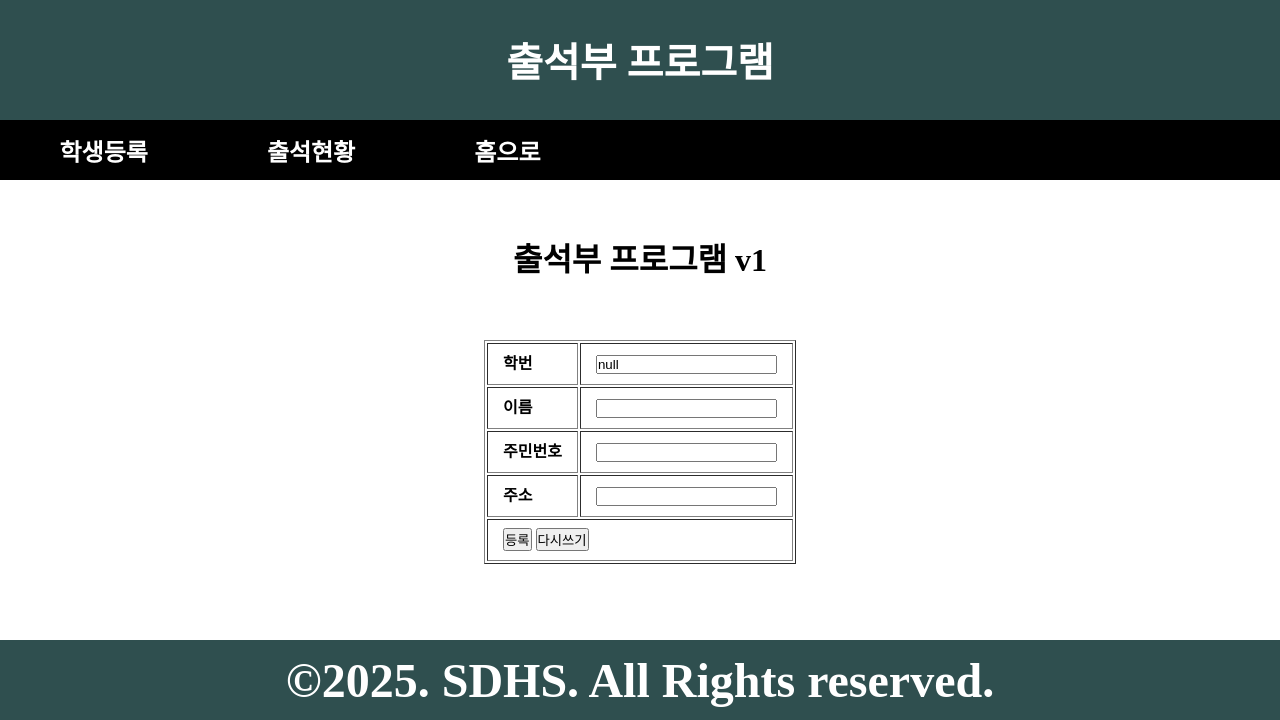
Repository: balhyo-younjisang/DigitechJSP
Page: http://localhost/rollbook/register.jsp
The author's editor kept a copy of each file at every save. The page is drawn from the files as they stood at one save, then again after a run of saves.
The browser window is 1280 px wide. The pictures show the whole page.
The page is served by Tomcat 9. Queries for data that is not in the repository find no rows.

Above is the page before, as saved 2025-03-31 04:06:24.

### rollbook/src/main/webapp/register.jsp
<%@page import="java.sql.ResultSet"%>
<%@page import="java.sql.PreparedStatement"%>
<%@page import="rollbook.DBConnection"%>
<%@page import="java.sql.Connection"%>
<%@ page language="java" contentType="text/html; charset=UTF-8"
	pageEncoding="UTF-8"%>
<%
	String currentStdNo = null;

	Connection conn = DBConnection.getConnection();
	String sql = "SELECT TO_CHAR(nvl(max(std_no), 0) + 1, '00000') as std_no FROM tbl_std_001";
	PreparedStatement pstmt = conn.prepareStatement(sql);
	ResultSet rs = pstmt.executeQuery();

	if(rs.next()) currentStdNo = rs.getString("std_no");

	DBConnection.close(rs, pstmt, conn);
%>
<!DOCTYPE html>
<html>
<head>
<meta charset="UTF-8">
<title>출석부 프로그램</title>
<link rel="stylesheet" href="./css/style.css">
</head>
<body>
	<%@ include file="./component/header.jsp"%>
	<main>
		<h2>출석부 프로그램 v1</h2>
		<section class="content">
			<form action="register_action.jsp" method="post">
				<table border="1" >
					<tr>
						<td>학번</td>
						<td><input type="text" name="std_no" value=<%=currentStdNo %> readonly></td>
					</tr>
					<tr>
						<td>이름</td>
						<td><input type="text" name="std_nm"></td>
					</tr>
					<tr>
						<td>주민번호</td>
						<td><input type="text" name="std_birth"></td>
					</tr>
					<tr>
						<td>주소</td>
						<td><input type="text" name="std_address"></td>
					</tr>
					<tr>
						<td colspan="2">
							<button type="submit">등록</button>
							<button onclick="reset()">다시쓰기</button>
						</td>
					</tr>
				</table>
			</form>
		</section>
	</main>
	<%@ include file="./component/footer.jsp"%>
</body>
</html>

### rollbook/src/main/webapp/component/header.jsp
<%@ page language="java" contentType="text/html; charset=UTF-8"
	pageEncoding="UTF-8"%>
<header>
	<div class="header">
		<h1>출석부 프로그램</h1>
	</div>
	<nav>
		<ul class="gnb">
			<li><a href="register.jsp">학생등록</a></li>
			<li><a href="#">출석현황</a></li>
			<li><a href="index.jsp">홈으로</a></li>
		</ul>
	</nav>
</header>

### rollbook/src/main/webapp/component/footer.jsp
<%@ page language="java" contentType="text/html; charset=UTF-8"
	pageEncoding="UTF-8"%>
<footer>
	<h2>©2025. SDHS. All Rights reserved.</h2>
</footer>

### rollbook/src/main/java/rollbook/DBConnection.java
package rollbook;

import java.sql.Connection;
import java.sql.DriverManager;
import java.sql.PreparedStatement;
import java.sql.ResultSet;

public class DBConnection {
	public static Connection getConnection() {
		Connection conn = null;
		try {
			Class.forName("oracle.jdbc.OracleDriver");
			String url = "jdbc:oracle:thin:@localhost:1521:xe";
			conn = DriverManager.getConnection(url, "system", "1234");
		} catch (Exception e) {
			e.printStackTrace();
			System.out.println("DB Connection Failed :: " + e.getMessage());
		}

		return conn;
	}

	public static void close(ResultSet rs, PreparedStatement pstmt, Connection conn) {
		try {
			if (rs != null)
				rs.close();
			if (pstmt != null)
				pstmt.close();
			if (conn != null)
				conn.close();
		} catch (Exception e) {
			e.printStackTrace();
		}
	}

	public static void close(PreparedStatement pstmt, Connection conn) {
		try {
			if (pstmt != null)
				pstmt.close();
			if (conn != null)
				conn.close();
		} catch (Exception e) {
			e.printStackTrace();
		}
	}
}

### rollbook/src/main/webapp/css/style.css
@charset "UTF-8";

* {
	margin: 0px;
	padding: 0px;
	box-sizing: border-box;
}

ul, li {
	list-style: none;
}

a {
	text-decoration: none;
	color: inherit;
}

header {
	width: 100vw;
	height: 180px;
}

header .header {
	width: 100%;
	height: 120px;
	display: flex;
	align-items: center;
	justify-content: center;
	background-color: darkslategrey;
}

header .header h1 {
	font-size: 40px;
	color: white;
}

header nav {
	height: 60px;
	width: 100%;
	background-color: black;
}

header nav .gnb {
	display: flex;
	align-items: center;
	justify-content: space-around;
	width: 600px;
	height: 100%;
	font-size: 24px;
	color: white;
	font-weight: bold;
}

main {
	height: calc(100vh - 180px - 80px);
	width: 100vw;
}

main h2 {
	text-align: center;
	line-height: 160px;
	font-size: 32px;
	font-weight: bold;
}

main .content {
	line-height: 40px;
	display: flex;
	justify-content: center;
}

main .content table td {
	padding: 0px 15px;
}

main .content table tr td:first-child {
	font-weight: bold;
}


footer {
	width: 100%;
	height: 80px;
	background-color: darkslategrey;
	color: white;
	font-size: 32px;
	display: flex;
	align-items: center;
	justify-content: center;
	position: fixed;
	bottom: 0;
	right: 0;
}

After the next 2 saves:
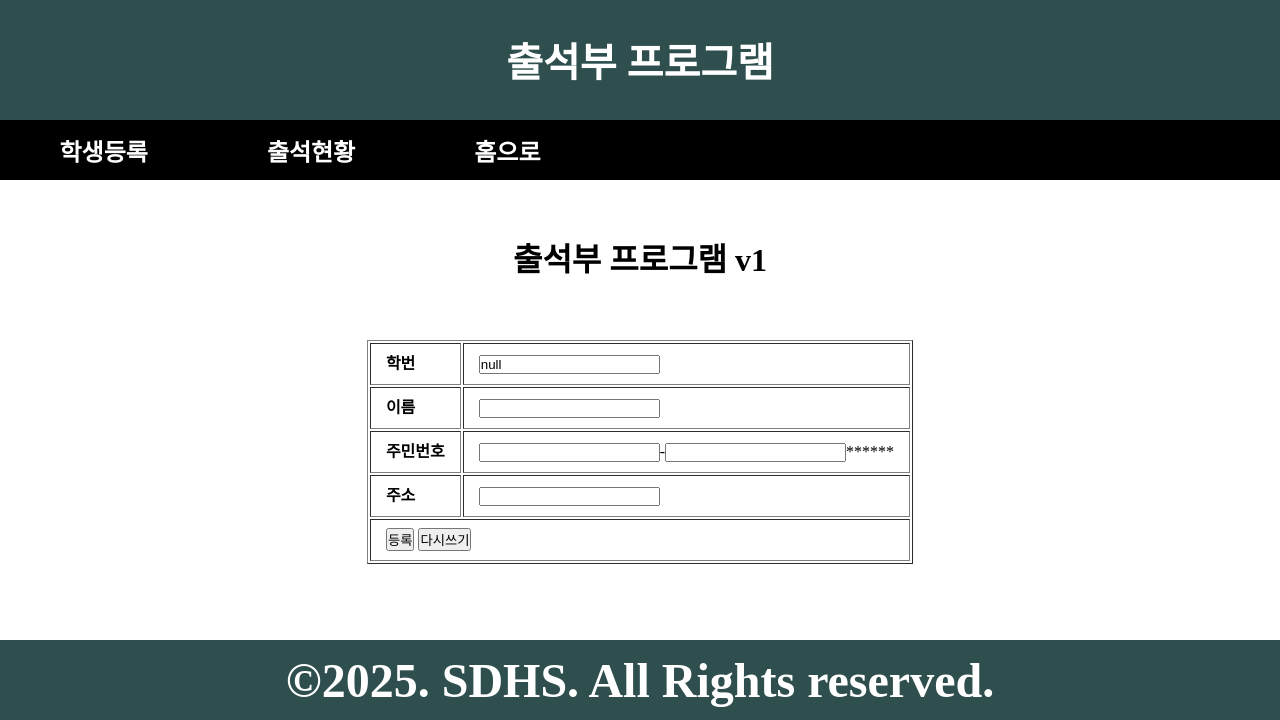
The 2 saves are shown as one change because they came seconds apart.
The last was saved 10 s later.
--- a/rollbook/src/main/webapp/register.jsp
+++ b/rollbook/src/main/webapp/register.jsp
@@ -40,7 +40,7 @@
 					</tr>
 					<tr>
 						<td>주민번호</td>
-						<td><input type="text" name="std_birth"></td>
+						<td><input type="text" name="std_birth">-<input type="text" name="std_birth">******</td>
 					</tr>
 					<tr>
 						<td>주소</td>
